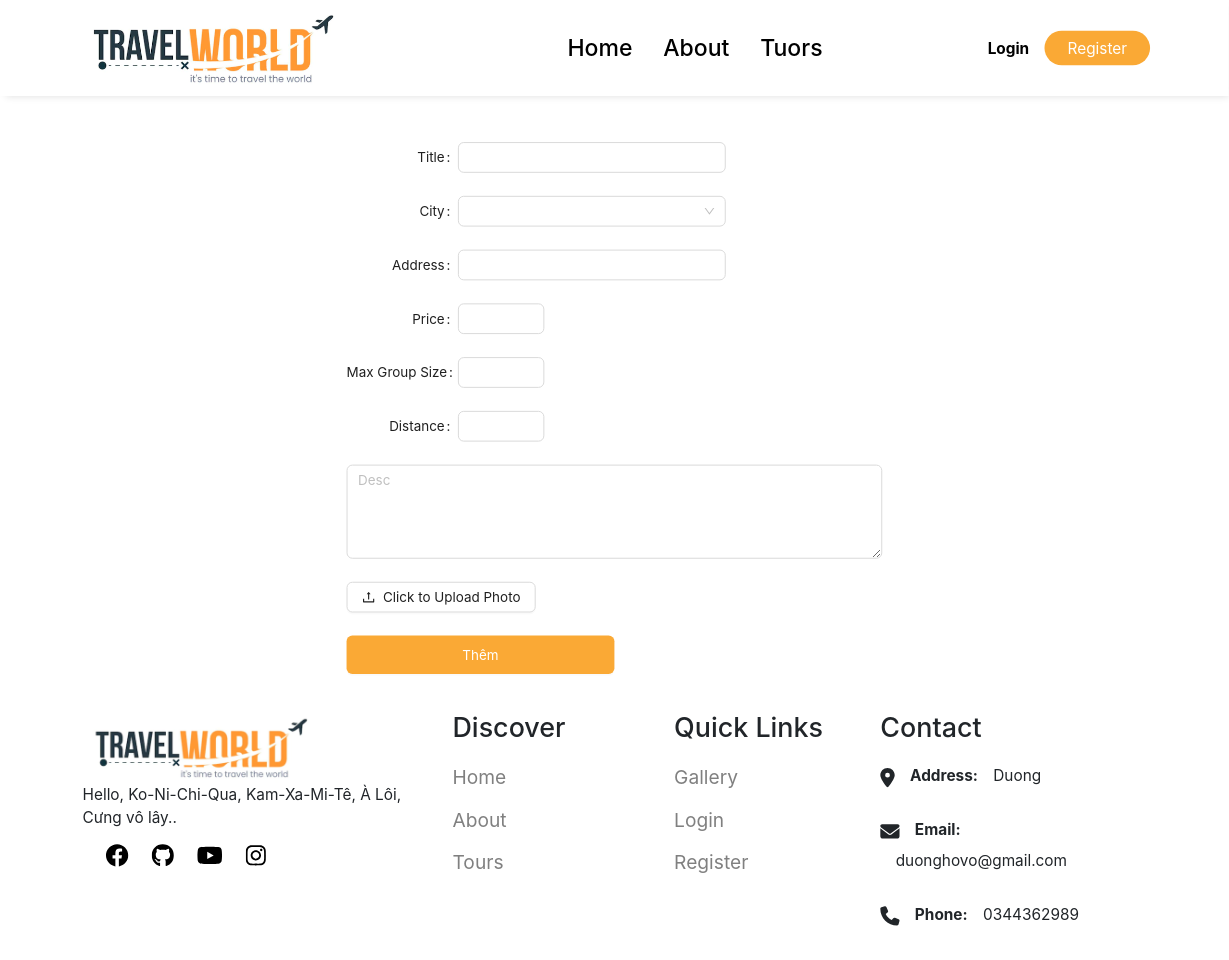
Repository: NguyenHuu001/dulich
Page: /addTour
An editor plug-in stored every save of this project. The page is shown before and after a run of saves, followed by the edit.
The browser window is 1280 px wide. The pictures show the whole page, at 96% of full size.
The project was rebuilt for these pictures with package versions that can differ from the ones it lists, and the page was loaded fresh each time. Also part of the build but not shown: src/pages/Home/data.js, src/pages/Home/index.js, src/pages/About/index.js, src/pages/Tours/ChiTietTour.js, src/pages/Tours/index.js, src/pages/Login/index.js, src/pages/Register/index.js, src/pages/Cart/index.js and 1 more. Imported but missing from the stored project, and not drawn on this page: src/assets/audio/video1.mp4.

Above is the page before, as saved 2023-08-14 20:16:45.

### public/index.html
<!DOCTYPE html>
<html lang="en">
    <head>
        <meta charset="utf-8" />
        <link rel="icon" href="%PUBLIC_URL%/favicon.ico" />
        <link href="https://cdn.jsdelivr.net/npm/bootstrap@5.3.0/dist/css/bootstrap.min.css" rel="stylesheet" />
        <script src="https://cdn.jsdelivr.net/npm/bootstrap@5.3.0/dist/js/bootstrap.bundle.min.js"></script>
        <meta name="viewport" content="width=device-width, initial-scale=1" />
        <meta name="theme-color" content="#000000" />
        <meta name="description" content="Web site created using create-react-app" />
        <link rel="apple-touch-icon" href="%PUBLIC_URL%/logo192.png" />
        <!--
      manifest.json provides metadata used when your web app is installed on a
      user's mobile device or desktop. See https://developers.google.com/web/fundamentals/web-app-manifest/
    -->
        <link rel="manifest" href="%PUBLIC_URL%/manifest.json" />
        <!--
      Notice the use of %PUBLIC_URL% in the tags above.
      It will be replaced with the URL of the `public` folder during the build.
      Only files inside the `public` folder can be referenced from the HTML.

      Unlike "/favicon.ico" or "favicon.ico", "%PUBLIC_URL%/favicon.ico" will
      work correctly both with client-side routing and a non-root public URL.
      Learn how to configure a non-root public URL by running `npm run build`.
    -->
        <title>React App</title>
    </head>
    <body>
        <noscript>You need to enable JavaScript to run this app.</noscript>
        <div id="root"></div>
        <!--
      This HTML file is a template.
      If you open it directly in the browser, you will see an empty page.

      You can add webfonts, meta tags, or analytics to this file.
      The build step will place the bundled scripts into the <body> tag.

      To begin the development, run `npm start` or `yarn start`.
      To create a production bundle, use `npm run build` or `yarn build`.
    --></body>
</html>

### src/index.js
import React from 'react';
import ReactDOM from 'react-dom/client';
import '../src/styles/global.scss';
import App from './App';
import reportWebVitals from './reportWebVitals';

const root = ReactDOM.createRoot(document.getElementById('root'));
root.render(
  <React.StrictMode>
    <App />
  </React.StrictMode>
);

// If you want to start measuring performance in your app, pass a function
// to log results (for example: reportWebVitals(console.log))
// or send to an analytics endpoint. Learn more: https://bit.ly/CRA-vitals
reportWebVitals();

### src/styles/global.scss
body {
    margin: 0;
    font-family: -apple-system, BlinkMacSystemFont, 'Segoe UI', 'Roboto', 'Oxygen', 'Ubuntu', 'Cantarell', 'Fira Sans',
        'Droid Sans', 'Helvetica Neue', sans-serif;
    -webkit-font-smoothing: antialiased;
    -moz-osx-font-smoothing: grayscale;
}

code {
    font-family: source-code-pro, Menlo, Monaco, Consolas, 'Courier New', monospace;
}
*,
*:before,
*:after {
    box-sizing: border-box;
}
* {
    margin: 0;
    padding: 0;
    font: inherit;
}
img,
picture,
svg,
video {
    display: block;
    max-width: 100%;
}
input,
select,
textarea {
    background-color: transparent;
    outline: none;
}
button {
    cursor: pointer;
    background-color: transparent;
    outline: none;
    border: 0;
}
body {
    min-height: 100vh;
    font-weight: 400;
    font-size: 16px;
    line-height: 1;
}

.App{
    position: relative;
}

### src/App.js
import { BrowserRouter as Router, Route, Routes } from 'react-router-dom';
import { publicRoutes } from './routes';
import Layout from './Layouts';
function App() {
    return (
        <Router>
            <div className="App">
                <Routes>
                    {publicRoutes.map((route, index) => {
                        const Page = route.component;
                        return (
                            <Route
                                key={index}
                                path={route.path}
                                element={
                                    <Layout>
                                        <Page />
                                    </Layout>
                                }
                            />
                        );
                    })}
                </Routes>
            </div>
        </Router>
    );
}

export default App;

### src/routes/index.js
import Home from '../pages/Home';
import About from '../pages/About';
import Tours from '../pages/Tours';
import Login from '../pages/Login';
import Register from '../pages/Register';
import Cart from '../pages/Cart';
import ADETour from '../pages/AddTour';
import EditTour from '../pages/EditTour';
const publicRoutes = [
    { path: '/home', component: Home },
    { path: '/about', component: About },
    { path: '/tours', component: Tours },
    { path: '/login', component: Login },
    { path: '/register', component: Register },
    { path: '/cart', component: Cart },
    { path: '/addTour', component: ADETour },
    { path: '/editTour', component: EditTour },
];
const privateRoutes = [];

export { publicRoutes, privateRoutes };

### src/Layouts/index.js
import Footer from './Footer';
import Header from './Header';
import Navigation from './Navigation';
function Layouts({ children }) {
    return (
        <>
            <Navigation />
            <Header />
            <div>
                <div className="content">{children}</div>
            </div>
            <Footer />
        </>
    );
}

export default Layouts;

### src/pages/AddTour/index.js
import React, { useEffect, useState } from 'react';
import { Button, Form, Input, InputNumber, Select, Upload, notification } from 'antd';
import { UploadOutlined } from '@ant-design/icons';
import { CreateItemTour } from '../../services/Tour_services';
import { animateScroll as Scroll } from 'react-scroll';
import './AddTour.scss';
import TextArea from 'antd/es/input/TextArea';

function AddTour() {
    const token = localStorage.getItem('token');
    const [title, setTitle] = useState('');
    const [city, setCity] = useState('');
    const [address, setAddress] = useState('');
    const [price, setPrice] = useState();
    const [maxGroupSize, setMaxGroupSize] = useState();
    const [distance, setDistance] = useState();
    const [desc, setDesc] = useState('');
    const [photo, setPhoto] = useState('');
    useEffect(() => {
        Scroll.scrollToTop();
    }, []);
    useEffect(() => {}, [title]);
    const AddTour = async () => {
        // console.log(title, city, address, distance, price, maxGroupSize, desc, photo);
        if (title && city && address && price && maxGroupSize && distance && desc && photo) {
            const tourData = {
                title: title,
                city: city,
                address: address,
                distance: distance,
                desc: desc,
                price: price,
                maxGroupSize: maxGroupSize,
                photo: 'http://s120.avatar.talk.zdn.vn/8/e/1/2/3/120/f691b5f9502d0cebbab0a6799a5837b1.jpg',
                featured: true,
            };
            try {
                const response = await CreateItemTour(tourData, { token });
            } catch (err) {
                notification.open({
                    type: 'error',
                    message: 'Thông Báo Lỗi',
                    description: 'Không truyền được',
                    duration: 2,
                });
            }
        } else {
            notification.open({
                type: 'error',
                message: 'Thông Báo Lỗi',
                description: 'Vui lòng nhập đủ thông tin',
                duration: 2,
            });
        }
    };
    return (
        <div className="container d-flex justify-content-center mt-5">
            <Form
                labelCol={{
                    span: 5,
                }}
                wrapperCol={{
                    span: 12,
                }}
                className="col-md-6"
                style={{
                    maxWidth: 600,
                }}
            >
                <Form.Item label="Title">
                    <Input onChange={(e) => setTitle(e.target.value)} />
                </Form.Item>
                <Form.Item label="City">
                    <Select
                        onChange={(e) => {
                            setCity(e);
                        }}
                    >
                        <Select.Option value="Viet Nam">Viet Nam</Select.Option>
                        <Select.Option value="Bali">Bali</Select.Option>
                        <Select.Option value="Tokyo">Tokyo</Select.Option>
                        <Select.Option value="LonDon">LonDon</Select.Option>
                        <Select.Option value="Paris">Paris</Select.Option>
                    </Select>
                </Form.Item>
                <Form.Item label="Address">
                    <Input onChange={(e) => setAddress(e.target.value)} />
                </Form.Item>
                <Form.Item label="Price">
                    <InputNumber
                        onChange={(value) => {
                            setPrice(value);
                        }}
                    />
                </Form.Item>
                <Form.Item label="Max Group Size">
                    <InputNumber
                        onChange={(value) => {
                            setMaxGroupSize(value);
                        }}
                    />
                </Form.Item>
                <Form.Item label="Distance">
                    <InputNumber
                        onChange={(value) => {
                            setDistance(value);
                        }}
                    />
                </Form.Item>
                <TextArea
                    rows={4}
                    placeholder="Desc"
                    maxLength={1000000}
                    onChange={(e) => {
                        setDesc(e.target.value);
                    }}
                />
                <div className="mt-4">
                    <Upload
                        onChange={(e) => {
                            setPhoto(e.file);
                        }}
                        multiple
                    >
                        <Button icon={<UploadOutlined />}>Click to Upload Photo</Button>
                    </Upload>
                </div>
                <div className="mt-4">
                    <Form.Item>
                        <Button
                            className="btn_them d-flex justify-content-center align-items-center"
                            style={{ width: '100%' }}
                            onClick={AddTour}
                        >
                            Thêm
                        </Button>
                    </Form.Item>
                </div>
            </Form>
        </div>
    );
}

export default AddTour;

### src/Layouts/Navigation/index.js
import React, { useState, useEffect } from 'react';
import eventBus from '../EventsLayout';
import './Navigation.scss';
import { CloseOutlined } from '@ant-design/icons';
function Navigation() {
    const [isDisplayed, setIsDisplayed] = useState(false);
    useEffect(() => {
        eventBus.on('showSecondComponent', (isVisible) => {
            setIsDisplayed(isVisible);
        });

        return () => {
            eventBus.off('showSecondComponent');
        };
    }, []);
    const handleClose = () => {
        setIsDisplayed(false);
    };
    return (
        <div className="navi" style={{ display: isDisplayed ? 'block' : 'none' }}>
            <div className="navigation">
                <CloseOutlined className="close" onClick={handleClose} />
                <div className="content_nav">
                    <h2>Home</h2>
                    <h2>About</h2>
                    <h2>Tours</h2>
                </div>
            </div>
        </div>
    );
}

export default Navigation;

### src/services/Tour_services.js
import { set } from 'mongoose';
import { instance } from './axios';
import axios from 'axios';
const fetchTours = (page) => {
    return instance.get(`/api/v1/tours?page=${page}`);
};
const fetchItemTour = (ID) => {
    if (ID) {
        return instance.get(`/api/v1/tours/${ID}`);
    } else {
        console.log('Khong co id');
    }
};
const CreateItemTour = (tourData, { token }) => {
    return instance.post('/api/v1/tours', JSON.stringify(tourData), JSON.stringify({ token }));
};
const fetchFeaturedTour = () => {
    return instance.get('/api/v1/tours/search/getFeaturedTour');
};
const fetchLogin = (email, password) => {
    return instance.post('/api/v1/auth/login', { email, password });
};

const fetchRegister = (username, email, password) => {
    return instance.post('/api/v1/auth/register', username, email, password);
};
const fetchSearchTour = (city, distance, maxGS) => {
    if (city || distance || maxGS) {
        if (!distance && !maxGS) {
            distance = 1;
            maxGS = 1;
        }
        return instance.get(
            `/api/v1/tours/search/getTourBySearch/?city=${city}&distance=${distance}&maxGroupSize=${maxGS}`,
        );
    }
};
export { fetchTours, fetchItemTour, fetchLogin, fetchSearchTour, fetchRegister, fetchFeaturedTour, CreateItemTour };

### src/pages/Home/Home.scss
:root {
    --color-chudao: #faa935;
    --color-text: #fff;
    --subtitle-font-name: 'Island Moments', cursive;
}

.title_top_content {
    background-color: var(--color-chudao);
    border-radius: 20px;
    padding: 10px 20px;
    font-family: var(--subtitle-font-name);
}
.img_earth {
    width: 36px;
    height: 36px;
}
.title_higtlight {
    color: var(--color-chudao);
}
.btn_register_1 {
    background-color: var(--color-chudao);
    color: var(--color-text);
    border-radius: 30px;
    padding: 10px 20px;
}
.img1 {
    height: 350px;
    img {
        box-sizing: border-box;
        height: 100%;
        object-fit: cover;
        border-radius: 20px;
        border: 1px solid var(--color-chudao);
    }
}
.video1 {
    height: 350px;
    margin-top: 30px;
    video {
        box-sizing: border-box;
        height: 100%;
        object-fit: cover;
        border-radius: 20px;
        border: 1px solid var(--color-chudao);
    }
}

.icon {
    width: 30px;
    height: 30px;
    color: #ee6e6e;
}
.chieudai {
    width: 220px;
}
.border_right {
    border-right: 1px solid grey;
}
.input_where {
    outline: none;
    border: none;
}
.icon_search {
    background-color: var(--color-chudao);
    color: var(--color-text);
    width: 30px;
    height: 30px;
    border-radius: 10px 5px;
    &:hover {
        cursor: pointer;
    }
}
.border_items {
    border-radius: 0 0 10px 0;
    border-bottom: 1px solid var(--color-chudao);
    border-right: 1px solid var(--color-chudao);
}
.icon_center {
    width: 40px;
    height: 40px;
    color: var(--color-text);
}
.wrap_icon {
    width: 60px;
    border-radius: 50%;
    background-color: var(--color-chudao);
    height: auto;
    border: 1px solid var(--color-chudao);
}

.experience {
    display: flex;
    justify-content: center;
    align-items: center;
    color: var(--color-text);
    width: 70px;
    height: 70px;
    border-radius: 15px 10px;
    background-color: rgb(255, 126, 1);
}
// --------------------------------
.gallery_img > img:hover {
    transform: scale(1.1);
    transition: transform 0.5s ease;
}
.gallery_img {
    padding: 10px;
}
.gallery_img > img {
    border-radius: 10px;
}

### src/pages/Tours/Tours.scss
:root {
    --color-chudao: #faa935;
    --color-text: #fff;
    --subtitle-font-name: 'Island Moments', cursive;
}
.wrap_background {
    height: 400px;
}
.background {
    position: relative;
    background-image: url('../../assets/images/background.png');
    width: 100%;
    height: 100%;
    object-fit: cover;
    background-size: cover;
    background-position: center;
    background-repeat: no-repeat;

    &::before {
        content: '';
        position: absolute;
        width: 100%;
        height: 100%;
        left: 0;
        top: 0;
        background-color: rgba(0, 0, 0, 0.45);
    }

    .content_background {
        position: absolute;
        color: #fff;
        z-index: 10;
        font-size: 50px;
    }
}
.Search_where {
    position: relative;
}
.icon_card {
    color: var(--color-chudao);
}
.btn_book {
    padding: 10px;
    border-radius: 10px 0px;
    border: 1px solid var(--color-chudao);
    background-color: var(--color-chudao);

    &:hover {
        transition: all 0.3s linear;
        color: #fff;
        transform: scale(1.1);
        border: 1px solid var(--color-chudao);
        background-color: var(--color-chudao);
    }
}

.wrap_img {
    position: relative;
}
.featured {
    position: absolute;
    right: 0;
    color: var(--color-text);
    background-color: #ff7e01;
    padding: 10px;
    bottom: 0px;
}
///--------------//////////
// .chiTietTour_none{
//     display: block;
// }
// .None_Item {
//     display: block;
// }
///-///////////////
.olwe {
    overflow: hidden;
    text-overflow: ellipsis;
    white-space: nowrap;
}
// ----------------
.book_fixed {
    position: sticky;
    top: 100px;
}
.wrap_chitiettour > img {
    border-radius: 10px;
}

.wrap_info {
    border: 1px solid var(--color-chudao);
    border-radius: 10px;
}
.icon_rating_hv:hover {
    cursor: pointer;
}
.input_review {
    border: 1px solid var(--color-chudao);
    border-radius: 30px;
}
.wrap_input_review {
    position: relative;
    .btn_submit {
        position: absolute;
        background-color: var(--color-chudao);
        color: #fff;
        border-radius: 30px;
        right: 5px;
    }
}
.wrap_rating_content {
    width: 100%;
}
.ntn_bookNow {
    color: var(--color-text);
    background-color: var(--color-chudao);
    padding: 10px;
    border-radius: 30px;
    &:hover {
        transform: scale(1.1);
        transition: all 0.4s linear;
    }
}
.add_tour {
    color: green;
    &:hover {
        opacity: 0.7;
        cursor: pointer;
    }
}
.delete_tour {
    color: red;
    &:hover {
        opacity: 0.7;
        cursor: pointer;
    }
}
.Edit_tour {
    color: var(--color-chudao);
    &:hover {
        opacity: 0.7;
        cursor: pointer;
    }
}

### src/pages/Login/Login.scss
:root {
    --color-chudao: #faa935;
    --color-text: #fff;
    --subtitle-font-name: 'Island Moments', cursive;
}
.bg-login {
    background-color: var(--color-chudao);
    position: relative;
}
.avatar_login {
    position: relative;
    top: -40px;
}
.title_login {
    position: relative;
    top: -30px;
    font-weight: 600;
    color: var(--color-text);
    margin-bottom: 0;
}
.cdk {
    color: var(--color-text);
}
.ant-message-error {
    position: relative;
    z-index: 9999;
    left: 0;
    /* Thêm các thuộc tính CSS khác mà bạn muốn thay đổi cho thông báo lỗi ở đây */
}

### src/pages/Cart/Carts.scss
:root {
    --color-chudao: #faa935;
    --color-text: #fff;
}
.btn-delete{
    padding: 10px 40px;
    border-radius: 30px;
    background-color: red ;
    color: var(--color-text);

    &:hover{
        transform: scale(1.1);
        transition: transform 0.3s linear;
    }
}

### src/pages/AddTour/AddTour.scss
:root {
    --color-chudao: #faa935;
    --color-text: #fff;
    --subtitle-font-name: 'Island Moments', cursive;
}
.from-bg {
    background-color: #fff;
}
.btn_them > span {
    color: var(--color-text);
}
.btn_them {
    border: var(--color-chudao);
    background-color: var(--color-chudao);
    padding: 20px;
}

### src/pages/EditTour/EditTour.scss
:root {
    --color-chudao: #faa935;
    --color-text: #fff;
    --subtitle-font-name: 'Island Moments', cursive;
}
.from-bg {
    background-color: #fff;
}
.btn_them > span {
    color: var(--color-text);
}
.btn_them {
    border: var(--color-chudao);
    background-color: var(--color-chudao);
    padding: 20px;
}

### src/Layouts/EventsLayout/index.js
import EventEmitter from 'eventemitter3';

const eventBus = new EventEmitter();

export default eventBus;

### src/Layouts/Header/Header.scss
:root {
    --color-chudao: #faa935;
    --color-text: #fff;
}
.link_page {
    text-decoration: none;
    color: black;
}
.link_page:active,
.link_page:focus,
.link_page:hover {
    color: var(--color-chudao);
}
.header {
    position: sticky;
    z-index: 999;
    top: 0;
    height: 100px;
    box-shadow: 3px 3px 8px -3px #ddd;
    background-color: var(--color-text);
}
.header_in {
    height: 100%;
}
.wrap_header {
    height: 100%;
}
.logo {
    height: 100%;
}
.set_fw {
    font-weight: 500;
}
.btn_register {
    background-color: var(--color-chudao);
    border-color: var(--color-chudao);
    border-radius: 20px;
    margin-bottom: 10px;
    margin-top: 10px;
}
.icon_menu {
    display: none;
}
.cart_tour {
    color: var(--color-chudao);
}
.wrap_cart {
    position: relative;
    .total_tour {
        position: absolute;
        top: -10px;
    }

    &:hover {
        cursor: pointer;
    }
}
@media screen and (max-width: 980px) {
    .icon_menu {
        display: block;
    }
    .item_none {
        display: none;
    }
}
@media screen and (max-width: 300px) {
    .register_login {
        display: none;
    }
}
@media screen and (max-width: 440px) {
    .btn_register {
        margin-top: 10px;
    }
}
.username > h6 {
    overflow: hidden;
    text-overflow: ellipsis;
    white-space: nowrap;
}

### src/Layouts/Navigation/Navigation.scss
:root {
    --color-chudao: #faa935;
    --color-text: #fff;
}
.navi {
    display: none;
    position: absolute;
    top: 0;
    left: 0;
    width: 100%;
    height: 100%;
    z-index: 99999;
    background-color: rgba(153,153,153,0.5);
}
.navigation{
    position: fixed;
    background-color: #fff;
    width: 300px;
    height: 100%;
    right: 0;
}
.content_nav{
    position: absolute;
    top: 50%;
    left: 50%;
}
.close{
    position: absolute;
    right: 20px;
    top: 20px;
}
.content_nav > h2:hover{
    cursor: pointer;
    color: var(--color-chudao);
    transition: all 0.3s linear;
}

### src/services/axios.js
import axios from 'axios';

export const instance = axios.create({
    baseURL: 'http://localhost:4000',
});
// Add a response interceptor
instance.interceptors.response.use(
    function (response) {
        // Any status code that lie within the range of 2xx cause this function to trigger
        // Do something with response data
        return response.data;
    },
    function (error) {
        // Any status codes that falls outside the range of 2xx cause this function to trigger
        // Do something with response error
        return Promise.reject(error);
    },
);

Loaded but not shown: src/reportWebVitals.js (common file); src/Layouts/Footer/index.js (74 lines, source omitted); src/Layouts/Header/index.js (134 lines, source omitted); src/Layouts/Footer/Footer.scss (no stored copy; drawn as an empty file)

After the next 2 saves:
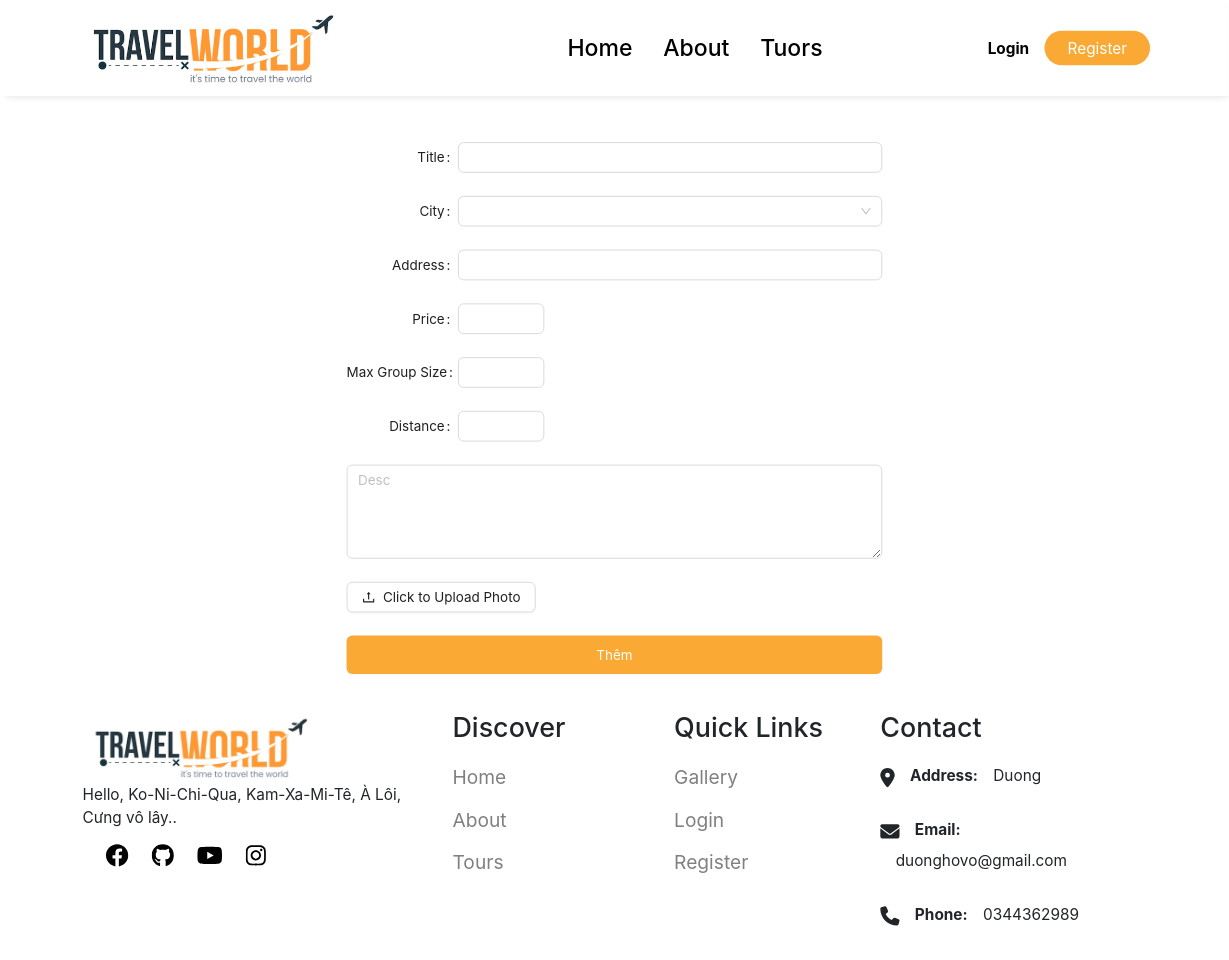
The 2 saves are shown as one change because they came seconds apart.
The last was saved 6 s later.
--- a/src/pages/AddTour/index.js
+++ b/src/pages/AddTour/index.js
@@ -60,7 +60,7 @@ function AddTour() {
                     span: 5,
                 }}
                 wrapperCol={{
-                    span: 12,
+                    span: 24,
                 }}
                 className="col-md-6"
                 style={{
